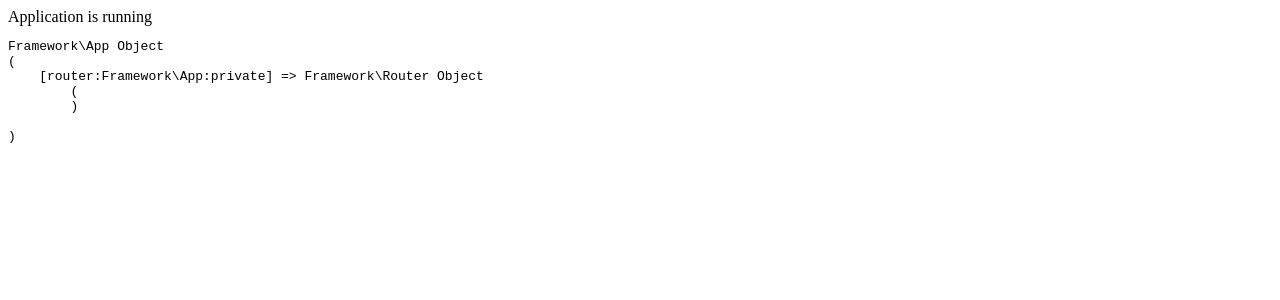
Repository: Conjet/PHPiggy
Page: http://localhost/about
The author's editor kept a copy of each file at every save. The page is drawn from the files as they stood at one save, then again after the next save.
The browser window is 1280 px wide. The pictures show the whole page.
The page is run by PHP 8.4 with error messages shown; the project is at /var/www/html/.

Above is the page before, as saved 2023-08-29 23:26:51.

### public/index.php
<?php

include __DIR__."/../src/App/functions.php";

$app = include __DIR__.'/../src/App/bootstrap.php';

$app->run();

dd($app);

### src/App/functions.php
<?php

declare (strict_types=1);

function dd(mixed $value){
    echo '<pre>';
    print_r($value);
    echo '</pre>';
    die();
}

### src/App/bootstrap.php
<?php

declare(strict_types=1);

require __DIR__.'/../../vendor/autoload.php';

use Framework\App;

$app = new App();

return $app;

### src/Framework/App.php
<?php

declare(strict_types=1);

namespace Framework;

class App {

    private Router $router;

    public function __construct()
    {
        $this->router = new Router();
    }

    public function run() {
        echo 'Application is running';
    }
}

### src/Framework/Router.php
<?php

namespace Framework;

class Router {

}

After the next save:
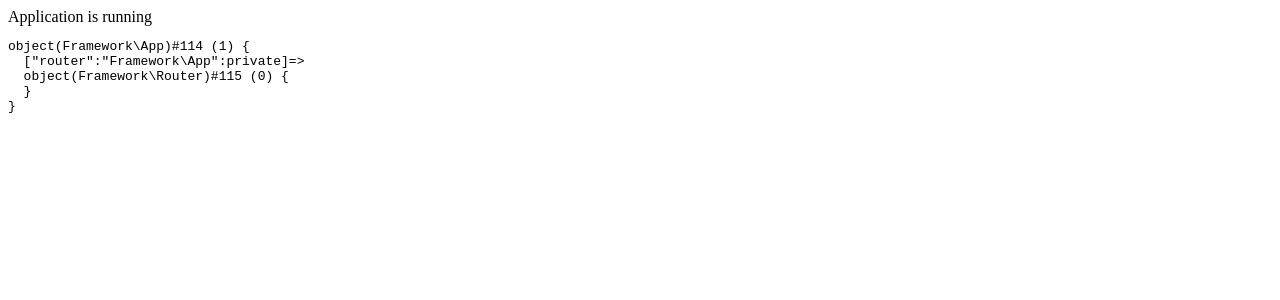
Saved 63 s later.
--- a/src/App/functions.php
+++ b/src/App/functions.php
@@ -4,7 +4,7 @@ declare (strict_types=1);
 
 function dd(mixed $value){
     echo '<pre>';
-    print_r($value);
+    var_dump($value);
     echo '</pre>';
     die();
 }
